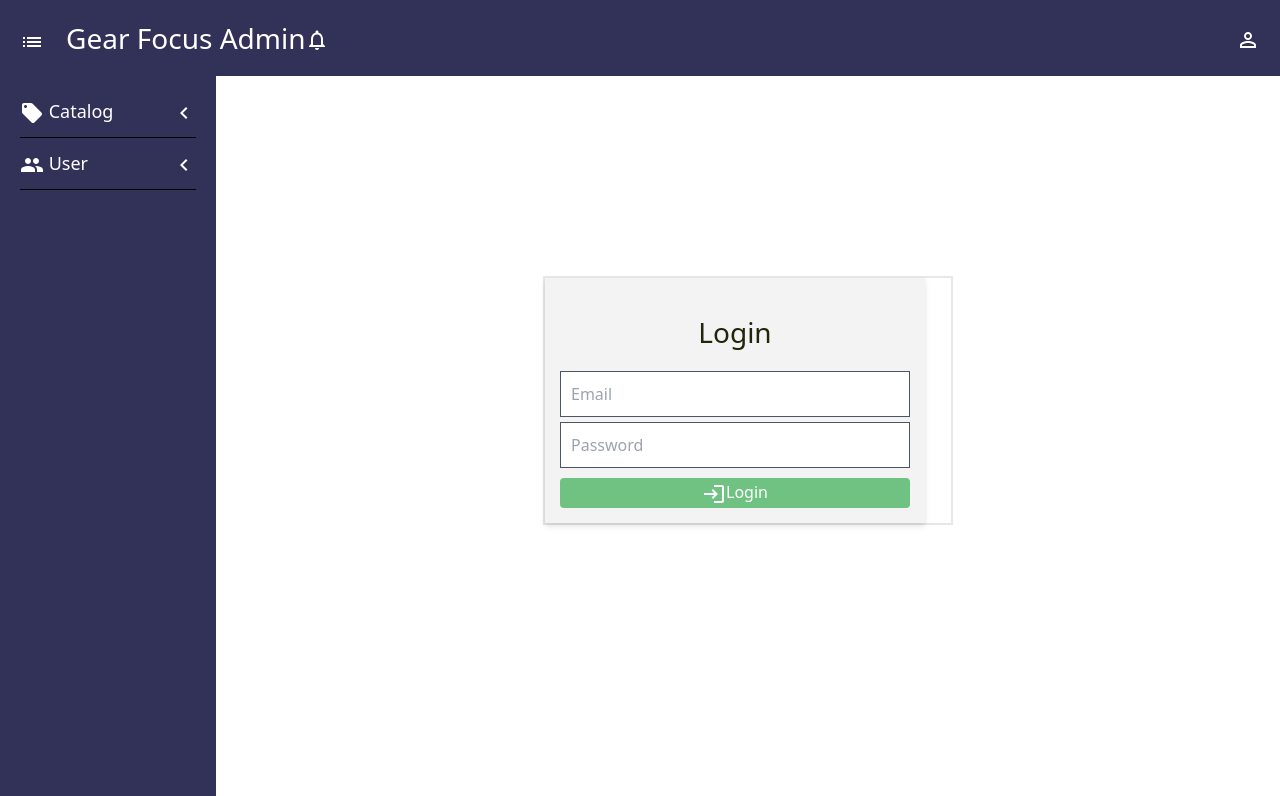
Repository: Kiendz3202/projectFinalPGS
Page: /home
An editor plug-in stored every save of this project. The page is shown before and after the next save, followed by the edit.
The browser window is 1280 px wide. The pictures show the whole page.
The project was rebuilt for these pictures with package versions that can differ from the ones it lists, and the page was loaded fresh each time. Also part of the build but not shown: src/App.css, src/pages/HomePage.tsx.

Above is the page before, as saved 2022-03-10 00:06:19.

### src/index.tsx
import React from 'react';
import ReactDOM from 'react-dom';
import './index.css';
import App from './App';
import { BrowserRouter} from 'react-router-dom'
import { Provider } from 'react-redux';
import store from './store/index'


ReactDOM.render(
  <Provider store={store}>
  <BrowserRouter>
    <App />
  </BrowserRouter>
  </Provider>,
  document.getElementById('root')
);

### src/App.tsx
import React, { Fragment, useEffect, useState } from 'react';
import logo from './logo.svg';
import './App.css';
import LoginPage from './pages/LoginPage';
import Router from './Router';
import Header from './components/header/Header';
import Navbar from './components/navbar/Navbar';
import { useDispatch, useSelector,RootStateOrAny } from 'react-redux';


function App() {


  return (
    <Fragment>
    <Header />
    <div className='flex w-full'>
    <Navbar />
    <Router />
    </div>
    </Fragment>
  );
}

export default App;

### src/store/index.tsx
import { configureStore } from "@reduxjs/toolkit";
import loginSlice from './loginSlice'

const store = configureStore({
    reducer: { login: loginSlice.reducer }
})

export default store

### src/Router.tsx
import React, { lazy } from 'react';
import { Route, Routes,BrowserRouter,Navigate } from 'react-router-dom';
import {ROUTES} from './config/Routes'
import ProtectedRoute from './ProtectedRoute';
import { Suspense } from 'react';


const HomePage = lazy(() => import('./pages/HomePage'));
const LoginPage = lazy(() => import('./pages/LoginPage'));

interface Props {}

const Router = (props: Props) => {

  return (
    <Suspense fallback={<div>Loading.....</div>}>
      <Routes>
        <Route path={ROUTES.login} element={<LoginPage />} />
        <Route path={ROUTES.home} element={<ProtectedRoute />} />
        <Route path="/" element={<Navigate to={ROUTES.login} />} />
      </Routes>
    </Suspense>
  );
};

export default Router

### src/components/header/Header.tsx
import React from 'react'
import ListIcon from '@mui/icons-material/List';
import NotificationsNoneIcon from '@mui/icons-material/NotificationsNone';
import PersonOutlineIcon from '@mui/icons-material/PersonOutline';

function Header() {
  return (
    <div className='w-full p-[20px] bg-[#323259] text-white'>
        <div className='w-full flex justify-between h-[36px] '>
        <div className='leading-[36px]'>
            <ul className='flex '>
                <li className='text-[28px] mr-[22px] cursor-pointer'><ListIcon /></li>
                <li className='text-[28px] cursor-pointer'>Gear Focus Admin</li>
                <li className=' text-[20px] cursor-pointer'><NotificationsNoneIcon /></li>
            </ul>
        </div>
        <div className='leading-[36px] cursor-pointer'>
            <PersonOutlineIcon />
        </div>
        </div>
    </div>
  )
}

export default Header

### src/components/navbar/Navbar.tsx
import React from 'react'
import GroupIcon from '@mui/icons-material/Group';
import LocalOfferIcon from '@mui/icons-material/LocalOffer';
import ChevronLeftIcon from '@mui/icons-material/ChevronLeft';

function Navbar() {
  return (
    <div className=' w-[216px] max-w-[216px] px-[20px] py-[10px] h-screen bg-[#323259] text-white'>
        <ul>
            <div className='flex justify-between text-[18px] border-b-[1px] py-[12px] border-black cursor-pointer'>
                <li><LocalOfferIcon className=' text-xs' /> Catalog</li>
                <li><ChevronLeftIcon /></li>
            </div>
            <div className='flex justify-between text-[18px] border-b-[1px] py-[12px] border-black cursor-pointer'>
                <li><GroupIcon /> User</li>
                <li><ChevronLeftIcon /></li>
            </div>
        </ul>
    </div>
  )
}

export default Navbar

### src/store/loginSlice.tsx
import { createSlice } from "@reduxjs/toolkit";

const loginSlice = createSlice({
    name:'login',
    initialState:{loginSuccess:false},
    reducers:{
        login(state){
            state.loginSuccess = !state.loginSuccess
        }
    }
})

export const loginActions = loginSlice.actions
export default loginSlice

### src/config/Routes.tsx
export const ROUTES = {
    home:'/home',
    login:'/login'
}

### src/ProtectedRoute.tsx
import React from 'react'
import { Navigate, Route,RouteProps } from 'react-router-dom'
// import {Redirect} from 'react-router-dom'
import {ROUTES} from './config/Routes'
import HomePage from './pages/HomePage'


interface Props extends RouteProps {}

function ProtectedRoute(props: Props) {
  const {...rest} = props
  const auth = sessionStorage.getItem('status')
  if(auth == '200'){
    return <HomePage />
  }
  return (
    <Navigate to={ROUTES.login} />
  )
}

export default ProtectedRoute

// import React from 'react';
// import { Redirect, Route, RouteProps } from 'react-router-dom';
// import { ROUTES } from '../../../configs/routes';
// import Cookies from 'js-cookie';
// import { ACCESS_TOKEN_KEY } from '../../../utils/constants';
// import { RouteSharp } from '@mui/icons-material';

// interface Props extends RouteProps {}

// const ProtectedRoute = (props: Props) => {
//   const { ...rest } = props;
//   const auth = Cookies.get(ACCESS_TOKEN_KEY);

//   if (auth) {
//     return <Route {...rest} />;
//   }

//   return (
//     <Redirect
//       to={{
//         pathname: ROUTES.login,
//       }}
//     />
//   );
// };

// export default ProtectedRoute;

### src/pages/LoginPage.tsx
import React,{useState} from 'react'
import { useDispatch } from 'react-redux';
import { useNavigate } from 'react-router-dom';
import { ILoginValidation } from '../components/auth/auth'
import Login from '../components/auth/Login'
import { loginActions } from '../store/loginSlice';


function LoginPage() {
  const dispatch = useDispatch()
    const [loading, setLoading] = useState(false);
    const [errorMessage, setErrorMessage] = useState('');
    const navigate = useNavigate()
    const onLogin = async (value:ILoginValidation) =>{
      try{
        const response = await fetch('https://api.gearfocus.div4.pgtest.co/api/authentication/login',{
        method:'POST',
        headers:{
          'Content-Type': 'application/json'
        },
        body:JSON.stringify({
          email:value.email,
          password:value.password
        })
      })
      if(!response){
        throw new Error('something wrong')
        return;
      }
      console.log(response)
        sessionStorage.setItem("status",response.status.toString())
        dispatch(loginActions.login())
        navigate('/home')
      }catch(errorMessage){
        console.warn(errorMessage)
      }
    }

    return (
        <Login onLogin={onLogin} loading={loading} errorMessage={errorMessage} />
    )
}

export default LoginPage

### src/components/auth/Login.tsx
import React, { useState } from 'react'
import LoginIcon from '@mui/icons-material/Login';
import { ILoginValidation } from './auth';
import ValidateLoginForm from './ValidateLoginForm';

interface Props{
    onLogin(value:ILoginValidation):void;
    loading:boolean;
    errorMessage:string
}

const InvalidEmailWarn = () => {
    return <p>InValid email address</p>
}
const InvalidPasswordWarn = () => {
    return <p>Invalid password. Password must be at least 6 characters long, and capital letter at the beginning.</p>
}

function Login(props:Props) {
    const {onLogin,loading,errorMessage} = props;
    const [formValue,setFormValue] = useState({email:'',password:''})
    const [isValidated,setIsValidated] = useState({email:'',password:''})
    const [email,setEmail] = useState('');
    const [password,setPassword] = useState('');
    // const onSubmit = React.useCallback((e: React.FormEvent<HTMLElement>) =>{
        // e.preventDefault();
        // setIsValidated(ValidateLoginForm(formValue));
        // if(isValidated.email && isValidated.password){
        //     onLogin(formValue);
        // }else{
        //     return;
        // }
        // console.log(isValidated)
            // onLogin(formValue))
    // }
    const valid = (value:ILoginValidation) =>{
        if(value.email === '' && value.password === ''){
            return true
        }else{
            return false
        }
    }
    const onSubmit = React.useCallback(() => {
        setIsValidated(ValidateLoginForm(formValue));
        console.log(ValidateLoginForm(formValue))
        console.log(valid(ValidateLoginForm(formValue)))
        if (!valid(ValidateLoginForm(formValue))) {
            return;
          }

          onLogin(formValue);

      }, [formValue, onLogin]);
    return (
        <div className=' max-w-[410px] w-full m-auto border-2 mt-[200px]'>
            <form  onSubmit={(e) => {
        e.preventDefault();
        onSubmit();
      }} className='flex flex-col w-[380px] p-[15px] bg-[#f3f3f3] drop-shadow-md'>
                <p className=' text-center text-[#212509] text-[28px] my-[18px]'>Login</p>
                <div className=' justify-center mb-[5px] '>
                    <input onChange={(e) => setFormValue({...formValue,email:e.target.value})} value={formValue.email} type="text" className='w-full p-[10px] border border-gray-600 outline-blue-300' placeholder='Email' />
                    {isValidated.email ?? <p>{isValidated.email}</p>}
                </div>
                <div className=' justify-center mb-[10px] '>
                    <input onChange={(e) => setFormValue({...formValue,password:e.target.value})} value={formValue.password} type="password" className='w-full p-[10px] border border-gray-600 outline-blue-300' placeholder='Password' />
                    {isValidated.password ?? <p>{isValidated.password}</p>}
                </div>
                <button className=' bg-[#70c282] h-[30px] rounded text-white font-medium'>
                    <LoginIcon />
                    Login
                </button>
                {errorMessage ?? <p>email or password is wrong!</p>}
            </form>
        </div>
    )
}

export default Login

### src/components/auth/ValidateLoginForm.tsx
import React from 'react'
import { ILoginValidation } from './auth';

export function ValidateEmail(email:string) {
    let isValidated = String(email)
    .toLowerCase()
    .match(
      /^(([^<>()[\]\\.,;:\s@"]+(\.[^<>()[\]\\.,;:\s@"]+)*)|(".+"))@((\[[0-9]{1,3}\.[0-9]{1,3}\.[0-9]{1,3}\.[0-9]{1,3}\])|(([a-zA-Z\-0-9]+\.)+[a-zA-Z]{2,}))$/
    )
    if(isValidated){
        return '';
    }else{
        return 'emailInvalid'
    }
}
export function ValidatePassword(password:string){
    if(password.length >= 6){
        return ''
    }else{
        return 'min length is 6 characters'
    }
}
export default function ValidateLoginForm(formValue:ILoginValidation){
    return {
        email:ValidateEmail(formValue.email),
        password:ValidatePassword(formValue.password)
    }
}

Loaded but not shown: public/index.html (common file); src/index.css (common file); tailwind.config.js (common file)

After the next save:
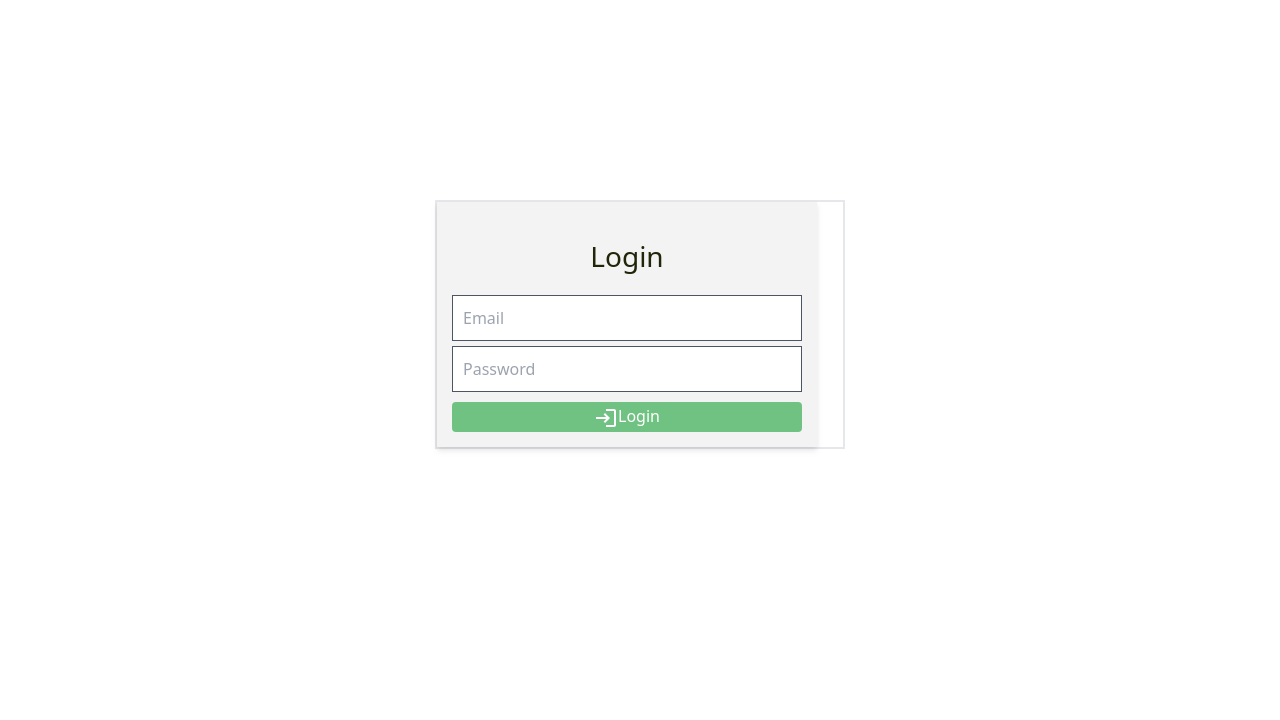
Saved 21 h 50 min later.
--- a/src/App.tsx
+++ b/src/App.tsx
@@ -13,11 +13,7 @@ function App() {
 
   return (
     <Fragment>
-    <Header />
-    <div className='flex w-full'>
-    <Navbar />
     <Router />
-    </div>
     </Fragment>
   );
 }
